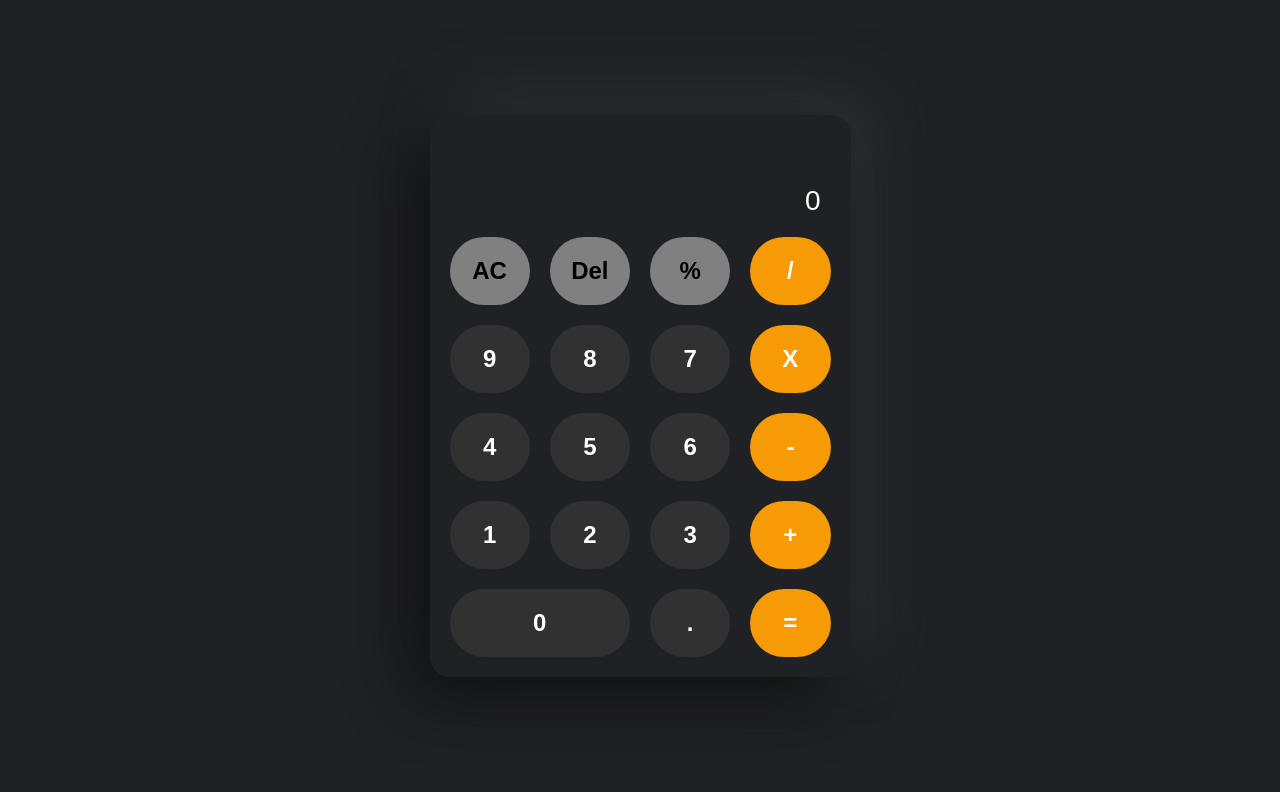
Repository: ble-syn/reactCalculator
Page: /
These files come from the project's save history. The page is drawn as it stood at one moment and after the next save; the edit follows.
The browser window is 1280 px wide. The pictures show the whole page.
The project was rebuilt for these pictures with package versions that can differ from the ones it lists, and the page was loaded fresh each time.

Above is the page before, as saved 2022-10-06 22:58:27.

### src/index.css
*{
  margin: 0;
  box-sizing: border-box;
}

body{
  display: flex;
  justify-content: center;
  align-items: center;
  flex-direction: column;
  background-color: #202124;
  color: #fff;
  margin: 9% auto;
  background: #202124;
}
.container {
  max-width: 1000px;
}
.calculator{
  padding: 20px;
  border-radius: 20px;
  background: #202124;
  box-shadow:  -20px 20px 60px #101112,
             20px -20px 60px #303236;
}
#calculator-display {
  border: none;
  width: 100%;
  text-align: right;
  font-size: 28px;
  padding: 50px 10px 20px;
  color: #fff;
  background-color: #202124;
}
#calculator-display:focus {
  outline: none;
}
#calculator-display::-webkit-input-placeholder {
  color: #fff;
}
.calculator-keys{
  display: grid;
  grid-template-columns: repeat(4, 1fr);
  grid-gap: 20px;
}
button {
  padding: 20px 15px;
  display: grid;
  place-items: center;
  outline: none;
  border-radius: 50px;
  font-weight: 700;
  border: none;
  color: #fff;
  background-color: #313131;
  font-size: 24px;
  cursor: pointer;
}
button:focus {
  background-color: #D1D1D1;
}
.zero {
  grid-column: 1/3;
}
.gray {
  background-color: #808080;
  color: #000;
}
.yellow {
  background-color: #F69A06;
}
.yellow:focus{
  background-color: #ffffff;
  color: #F69A06;
}

### src/App.js
import {useState} from "react";

function App() {
  const [numDisplay, setNumDisplay] = useState("")
  const operators = ["+", "-", "*", "/"]

const numClick = (event) => {
      event.preventDefault()

      let value = event.target.value
      setNumDisplay(numDisplay + value)
}


const deleteNum = () => {
  setNumDisplay(numDisplay.slice(0, -1))
}
const reset = () => {
  setNumDisplay("")
}
const percent = () => {
  setNumDisplay(numDisplay / 100)
}
const equals = () => {
  setNumDisplay(eval(numDisplay))
}

  return (
    <main id="container">
      <div class="calculator">
          <div><input id="calculator-display" type="text" placeholder="0" value={numDisplay} /></div>

        <div class="calculator-keys">

          <button onClick={reset} value=" " class="gray">AC</button>
          <button onClick={deleteNum} value="" class="gray">Del</button>
          <button onClick={percent} value="%" class="gray">%</button>
          <button onClick={numClick} value="/" class="yellow">/</button>
          <button onClick={numClick} value="9">9</button>
          <button onClick={numClick} value="8">8</button>
          <button onClick={numClick} value="7" >7</button>
          <button onClick={numClick} value="*" class="yellow">X</button>
          <button onClick={numClick} value="4">4</button>
          <button onClick={numClick} value="5">5</button>
          <button onClick={numClick} value="6">6</button>
          <button onClick={numClick} value="-" class= "yellow">-</button>
          <button onClick={numClick} value="1">1</button>
          <button onClick={numClick} value="2">2</button>
          <button onClick={numClick} value="3">3</button>
          <button onClick={numClick} value="+" class="yellow">+</button>
          <button onClick={numClick} value="0" class="zero" >0</button>
          <button onClick={numClick} value="." data-action="decimal">.</button>
          <button onClick={equals} value="=" class="yellow">=</button>

        </div>
      </div>
    </main>
  )
}

export default App;

Loaded but not shown: public/index.html (common file); src/index.js (common file); src/reportWebVitals.js (common file)

After the next save:
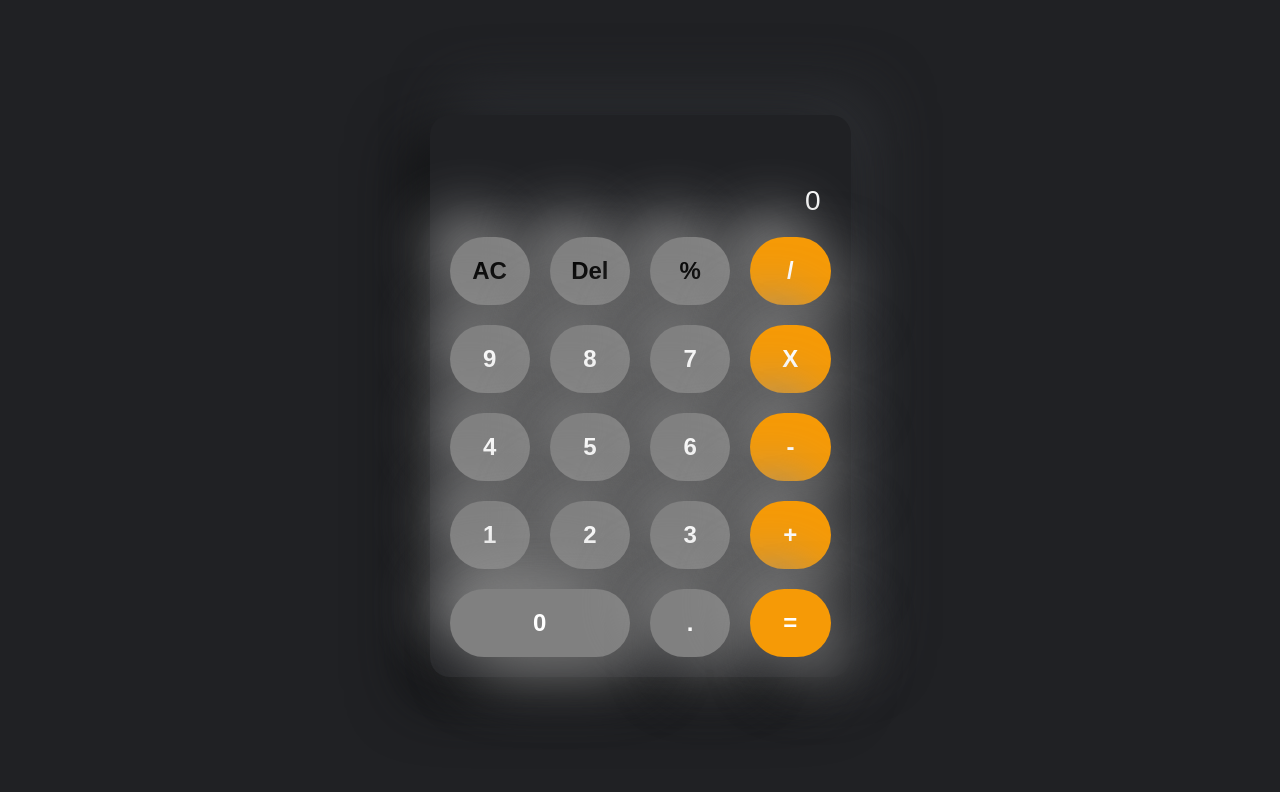
Saved 3 min 34 s later.
--- a/src/index.css
+++ b/src/index.css
@@ -52,9 +52,11 @@ button {
   font-weight: 700;
   border: none;
   color: #fff;
-  background-color: #313131;
   font-size: 24px;
   cursor: pointer;
+  background: #808080;
+  box-shadow:  20px 20px 60px #6d6d6d,
+             -20px -20px 60px #939393;
 }
 button:focus {
   background-color: #D1D1D1;
